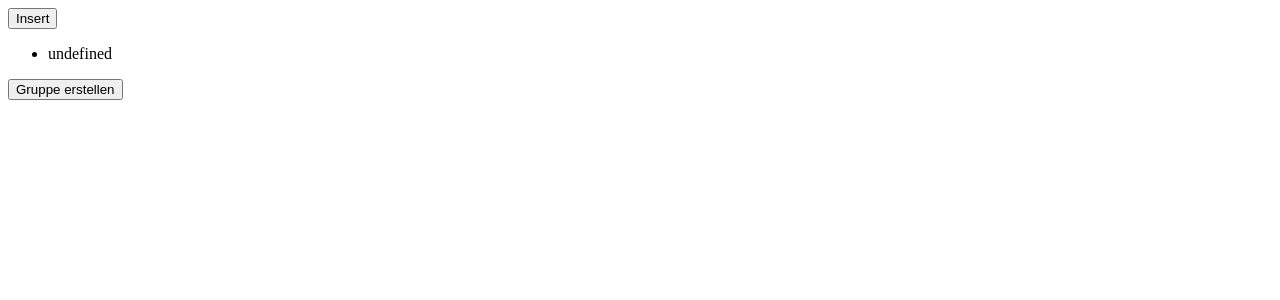
Repository: ubermanalex/DjCrowd
Page: ScaleYourFriends/online_home.html
The author's editor kept a copy of each file at every save. The page is drawn from the files as they stood at one save, then again after the next save.
The browser window is 1280 px wide. The pictures show the whole page.
After loading, the first visible `input` was clicked once.

Above is the page before, as saved 2013-06-11 13:01:15.

### ScaleYourFriends/online_home.html
<!--<ul data-role="listview" data-filter="true">
<li>
<a href="group.html" data-transition="slide">
<h1>Coole Gruppe</h1>
<img src="http://s2.favim.com/orig/37/best-friends-cute-finger-hand-love-Favim.com-302503.jpg">
<p>Erika Mustermann, Alexander Vielhauer</p>
</a>
</li>
<li>
<a href="group.html" data-transition="slide">
<img src="http://www.automation-news.de/gruppe1.gif">
<h1>Gruppe1</h1>
<p>Norine,Kirstin,Steffi,Alex</p>
</a>
</li>
<li>
<a href="group.html" data-transition="slide">
<img src="http://i44.tinypic.com/5eu812_th.png">
<h1>Gruppe2</h1>
<p>Peter</p>
</a>
</li>
</ul>-->
<form>

	<!-- Change "<li>test</li>" to whatever you want -->
	<!-- Change "0" to which list item to insert before (starts at 0, not 1) -->

	<input type='button' value='Insert'  onClick="insertItem('thumbs',0)">

	<ul id="thumbs">

	</ul>

</form>

<script language="javascript">

	function insertItem(myid, position, newListItem) {
		var ul = document.getElementById(myid);
		var li = document.createElement("li");
		li.innerHTML = newListItem;
		ul.insertBefore(li, ul.getElementsByTagName("li")[position]);
	}


</script>
<input value="Gruppe erstellen" onclick="newgroup()" type="submit" id="newgroupbutton">

<div id="chat"></div>

After the next save:
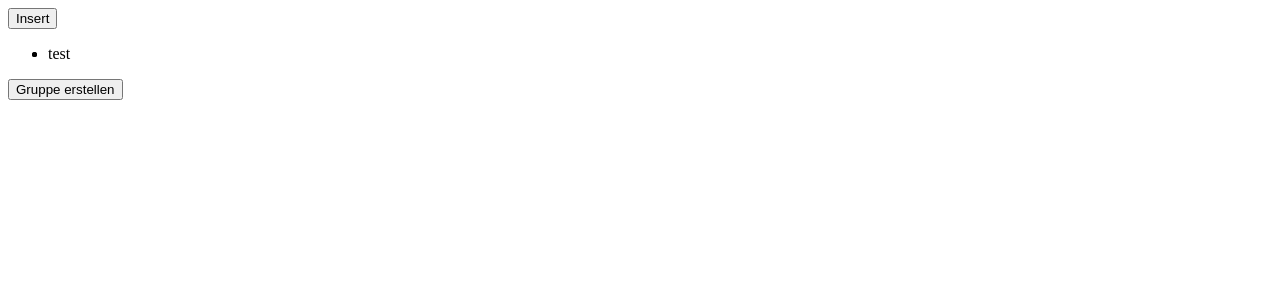
Saved 48 s later.
--- a/ScaleYourFriends/online_home.html
+++ b/ScaleYourFriends/online_home.html
@@ -36,10 +36,10 @@
 
 <script language="javascript">
 
-	function insertItem(myid, position, newListItem) {
+	function insertItem(myid, position) {
 		var ul = document.getElementById(myid);
 		var li = document.createElement("li");
-		li.innerHTML = newListItem;
+		li.innerHTML = '<li>test</li>';
 		ul.insertBefore(li, ul.getElementsByTagName("li")[position]);
 	}
 
